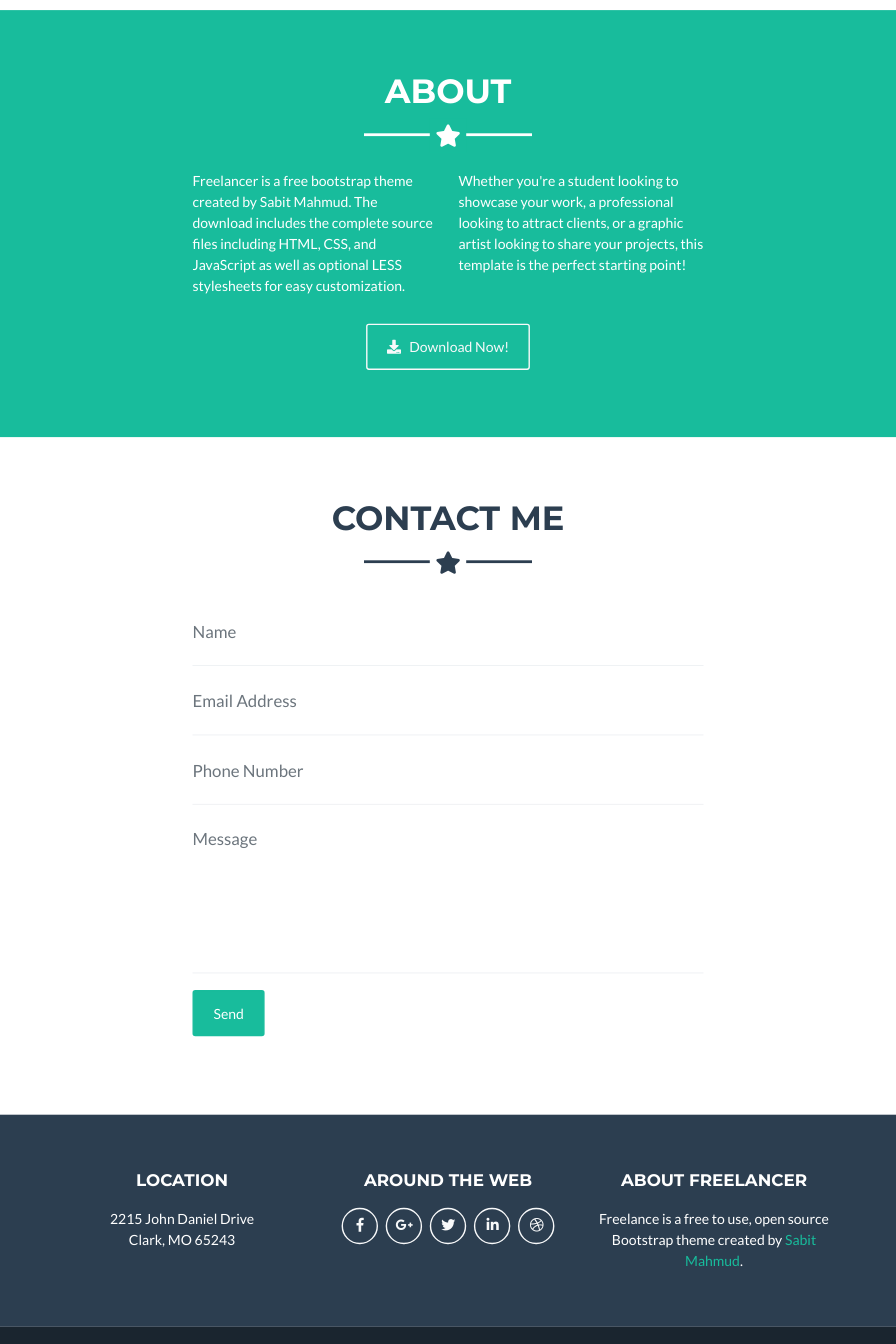
Repository: SabitDeepto/portfolio
Page: index.html
An editor plug-in stored every save of this project. The page is shown before and after the next save, followed by the edit.
The browser window is 1280 px wide. The pictures show the part of the page from y = 1629 to 3549 px (the page is 3596 px tall before and 3476 px after), at 70% of full size.

Above is the page before, as saved 2019-04-04 23:12:27.

After the next save:
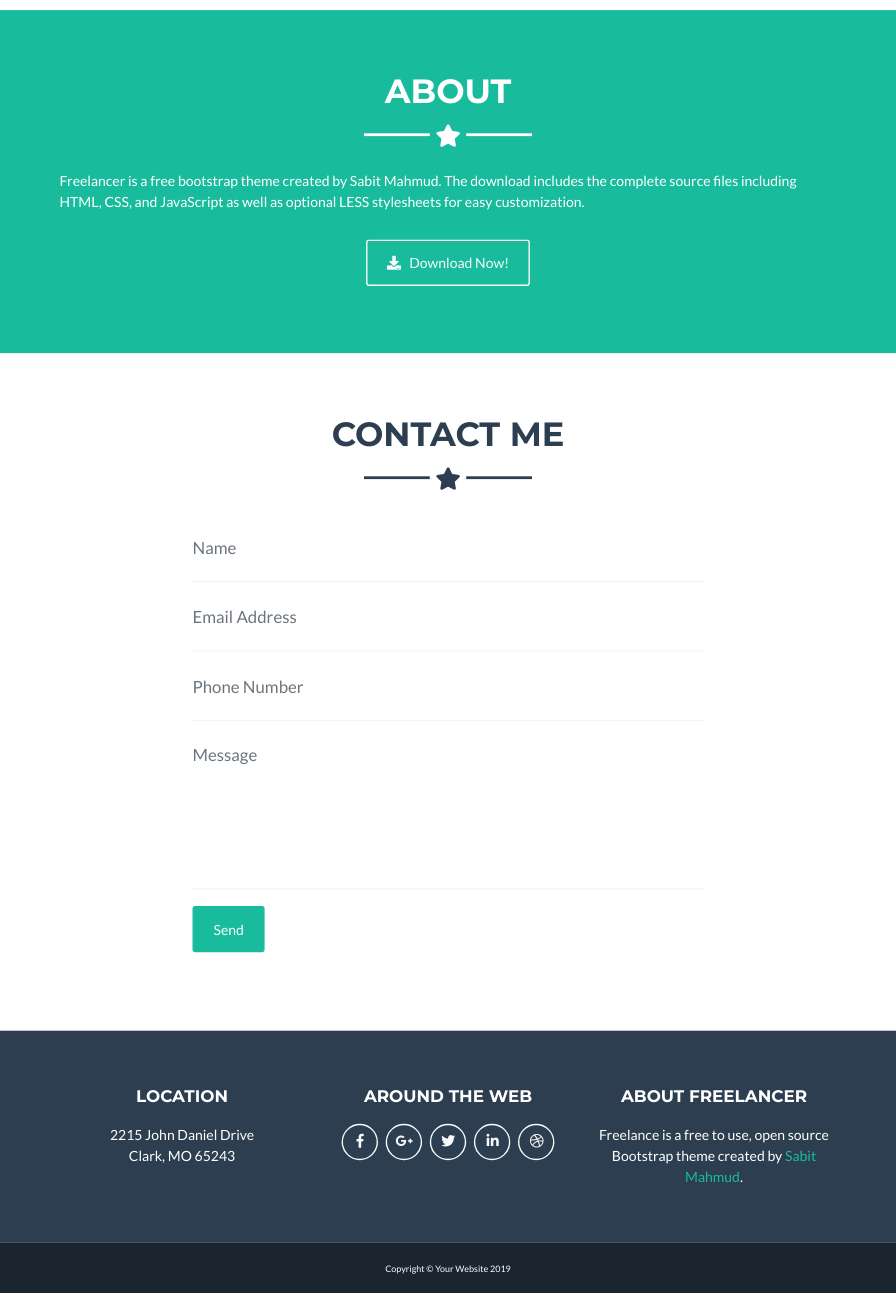
Saved 10 min 28 s later.
--- a/index.html
+++ b/index.html
@@ -138,12 +138,10 @@
       <h2 class="text-center text-uppercase text-white">About</h2>
       <hr class="star-light mb-5">
       <div class="row">
-        <div class="col-lg-4 ml-auto">
+        <div class="col-lg-12 ml-auto">
           <p class="lead">Freelancer is a free bootstrap theme created by Sabit Mahmud. The download includes the complete source files including HTML, CSS, and JavaScript as well as optional LESS stylesheets for easy customization.</p>
         </div>
-        <div class="col-lg-4 mr-auto">
-          <p class="lead">Whether you're a student looking to showcase your work, a professional looking to attract clients, or a graphic artist looking to share your projects, this template is the perfect starting point!</p>
-        </div>
+
       </div>
       <div class="text-center mt-4">
         <a class="btn btn-xl btn-outline-light" href="#">
